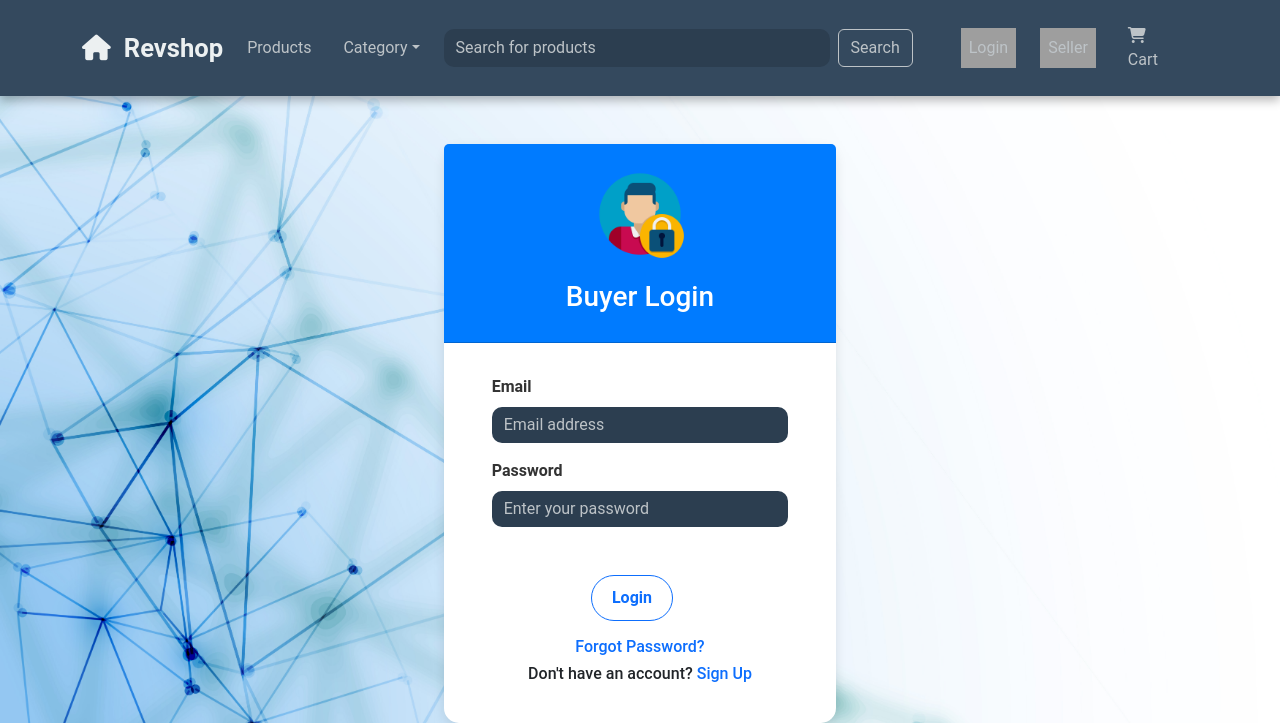
Repository: pratikp99/E-Commerce-Webapp-
Page: http://localhost/Revshop_WebApp/login.jsp
These files come from the project's save history. The page is drawn as it stood at one moment and after the next save; the edit follows.
The browser window is 1280 px wide. The pictures show the whole page.
Pictures or frames that could not be fetched are drawn as grey boxes. The page is served by Tomcat 10. Queries for data that is not in the repository find no rows.

Above is the page before, as saved 2024-08-31 19:01:48.

After the next save:
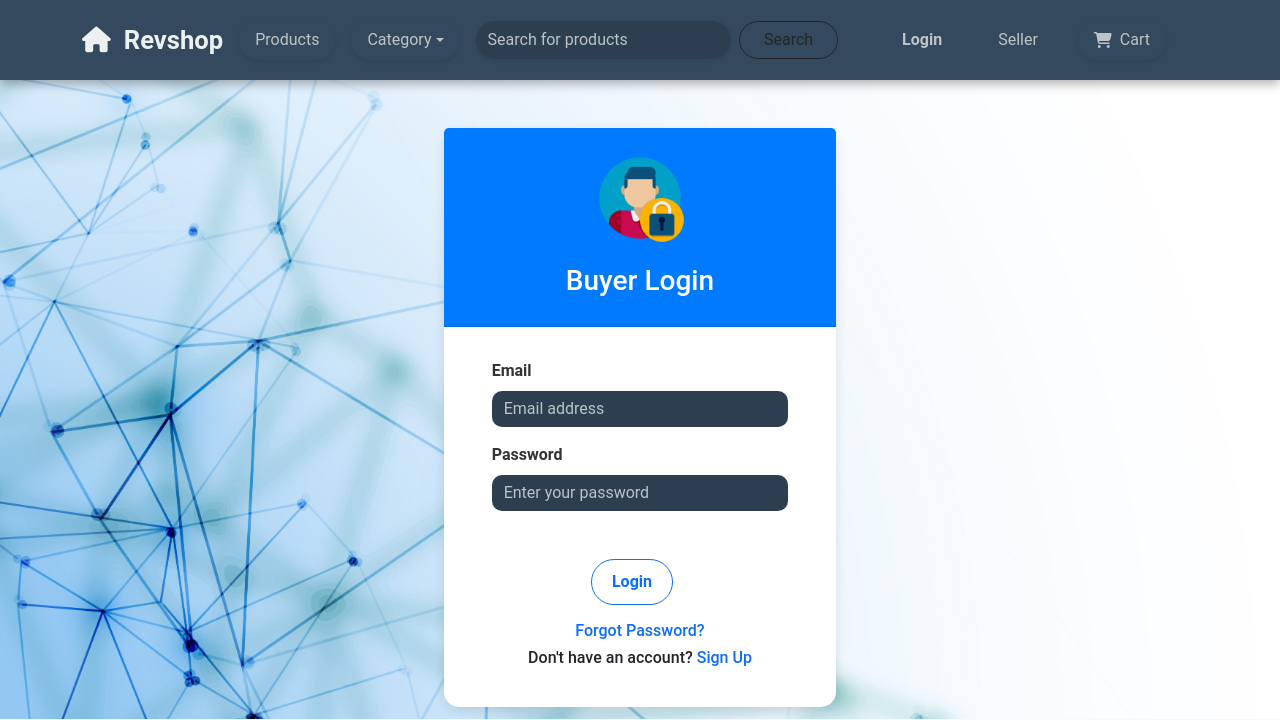
Saved 56 s later.
--- a/Revshop WebApp/src/main/webapp/Components/navbar.jsp
+++ b/Revshop WebApp/src/main/webapp/Components/navbar.jsp
@@ -189,39 +189,74 @@ List<categoryModel> categoryList = catDao.getAllCategories();
 
             <% } else { %>
             <!-- General nav bar -->
-            <ul class="navbar-nav me-auto mb-2 mb-lg-0">
-                <li class="nav-item"><a class="nav-link" href="products.jsp" role="button" aria-expanded="false">Products</a></li>
-                <li class="nav-item dropdown">
-                    <a class="nav-link dropdown-toggle" href="#" role="button" data-bs-toggle="dropdown" aria-expanded="false">Category</a>
-                    <ul class="dropdown-menu">
-                        <li><a class="dropdown-item" href="products.jsp?category=0">All Products</a></li>
-                        <% for (categoryModel c : categoryList) { %>
-                        <li><a class="dropdown-item" href="products.jsp?category=<%=c.getCategoryId()%>"><%=c.getCategoryName()%></a></li>
-                        <% } %>
-                    </ul>
-                </li>
-            </ul>
-            <form class="d-flex pe-5" role="search" action="products.jsp" method="get">
-                <input name="search" class="form-control me-2" size="50" type="search" placeholder="Search for products" aria-label="Search">
-                <button class="btn btn-outline-light" type="submit">Search</button>
-            </form>
-
-            <% if (user != null) {
-                cartDAO cartDao = new cartDAO(DatabaseUtil.getConnection());
-                int cartCount = cartDao.getCartCountByUserId(user.getUserId());
-            %>
-            <ul class="navbar-nav ms-auto">
-                <li class="nav-item pe-3"><a class="nav-link position-relative" href="cart.jsp"><i class="fa-solid fa-cart-shopping"></i> Cart<span class="position-absolute top-0 start-100 translate-middle badge rounded-pill bg-danger"><%=cartCount%></span></a></li>
-                <li class="nav-item pe-3"><a class="nav-link" href="profile.jsp"><%=user.getUserName()%></a></li>
-                <li class="nav-item pe-3"><a class="nav-link" href="logout?user=user"><i class="fa-solid fa-user-slash"></i> Logout</a></li>
-            </ul>
-            <% } else { %>
-            <ul class="navbar-nav ms-auto">
-                <li class="nav-item pe-2"><a class="nav-link buyer-link" href="login.jsp">Login</a></li>
-                <li class="nav-item pe-2"><a class="nav-link seller-link" href="adminlogin.jsp">Seller</a></li>
-                <li class="nav-item pe-3"><a class="nav-link position-relative" href="cart.jsp"><i class="fa-solid fa-cart-shopping"></i> Cart<span class="position-absolute top-0 start-100 translate-middle badge rounded-pill bg-danger"></span></a></li>
-            </ul>
+            <!-- Navigation items for products and category -->
+<ul class="navbar-nav me-auto mb-2 mb-lg-0">
+    <li class="nav-item">
+        <a class="nav-link text-dark rounded-pill px-3 py-2 shadow-sm d-flex align-items-center" href="products.jsp" role="button" aria-expanded="false">
+            Products
+        </a>
+    </li>
+    <li class="nav-item dropdown">
+        <a class="nav-link dropdown-toggle text-dark rounded-pill px-3 py-2 shadow-sm d-flex align-items-center" href="#" role="button" data-bs-toggle="dropdown" aria-expanded="false">
+            Category
+        </a>
+        <ul class="dropdown-menu">
+            <li><a class="dropdown-item" href="products.jsp?category=0">All Products</a></li>
+            <% for (categoryModel c : categoryList) { %>
+            <li><a class="dropdown-item" href="products.jsp?category=<%=c.getCategoryId()%>"><%=c.getCategoryName()%></a></li>
             <% } %>
+        </ul>
+    </li>
+</ul>
+
+<!-- Search form -->
+<form class="d-flex pe-5" role="search" action="products.jsp" method="get">
+    <input name="search" class="form-control me-2 rounded-pill border-0 shadow-sm" size="50" type="search" placeholder="Search for products" aria-label="Search">
+    <button class="btn btn-outline-dark rounded-pill px-4" type="submit">Search</button>
+</form>
+
+<!-- User actions for logged-in users -->
+<% if (user != null) {
+    cartDAO cartDao = new cartDAO(DatabaseUtil.getConnection());
+    int cartCount = cartDao.getCartCountByUserId(user.getUserId());
+%>
+<ul class="navbar-nav ms-auto">
+    <li class="nav-item pe-3">
+        <a class="nav-link position-relative d-flex align-items-center rounded-pill px-3 py-2 shadow-sm" href="cart.jsp">
+            <i class="fa-solid fa-cart-shopping me-2"></i> Cart
+            <span class="position-absolute top-0 start-100 translate-middle badge rounded-pill bg-danger"><%=cartCount%></span>
+        </a>
+    </li>
+    <li class="nav-item pe-3">
+        <a class="nav-link text-dark rounded-pill px-3 py-2 shadow-sm d-flex align-items-center" href="profile.jsp">
+            <i class="fa-solid fa-user me-2"></i><%=user.getUserName()%>
+        </a>
+    </li>
+    <li class="nav-item pe-3">
+        <a class="nav-link text-danger rounded-pill px-3 py-2 shadow-sm d-flex align-items-center" href="logout?user=user">
+            <i class="fa-solid fa-sign-out-alt me-2"></i> Logout
+        </a>
+    </li>
+</ul>
+<% } else { %>
+<!-- User actions for guests -->
+<ul class="navbar-nav ms-auto">
+    <li class="nav-item pe-2">
+        <a class="nav-link btn btn-outline-primary rounded-pill px-3 py-2" href="login.jsp">Login</a>
+    </li>
+    <li class="nav-item pe-2">
+        <a class="nav-link btn btn-outline-success rounded-pill px-3 py-2" href="adminlogin.jsp">Seller</a>
+    </li>
+    <li class="nav-item pe-3">
+        <a class="nav-link position-relative d-flex align-items-center rounded-pill px-3 py-2 shadow-sm" href="cart.jsp">
+            <i class="fa-solid fa-cart-shopping me-2"></i> Cart
+            <span class="position-absolute top-0 start-100 translate-middle badge rounded-pill bg-danger"></span>
+        </a>
+    </li>
+</ul>
+<% } %>
+
+
             <% } %>
         </div>
     </div>
